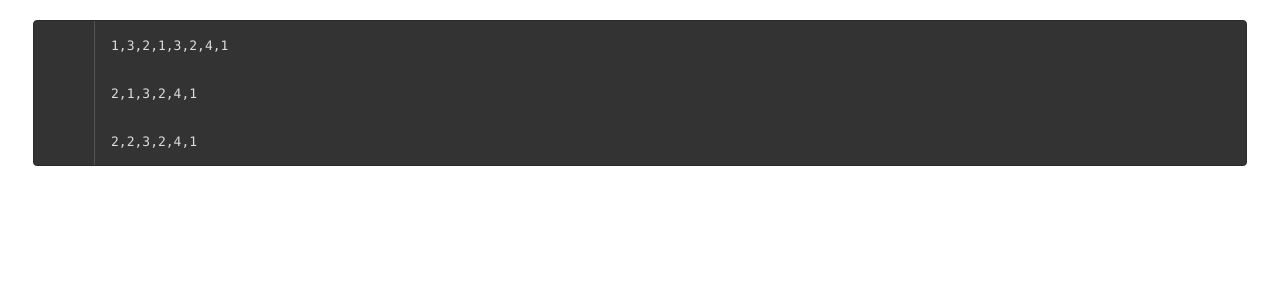
Repository: betaWeb/twicejs
Page: index.html
An editor plug-in stored every save of this project. The page is shown before and after the next save, followed by the edit.
The browser window is 1280 px wide. The pictures show the whole page.

Above is the page before, as saved 2019-12-12 14:21:06.

### index.html
<!DOCTYPE html>
<html lang="en">

<head>
    <meta charset="UTF-8">
    <meta name="viewport" content="width=device-width, initial-scale=1.0">
    <meta http-equiv="X-UA-Compatible" content="ie=edge">
    <title>TwiceJS</title>
    <style>
        pre {
            background: #333;
            white-space: pre;
            word-wrap: break-word;
            overflow: auto;
        }

        pre.code {
            margin: 20px 25px;
            border-radius: 4px;
            border: 1px solid #292929;
            position: relative;
        }

        pre.code label {
            font-family: sans-serif;
            font-weight: bold;
            font-size: 13px;
            color: #ddd;
            position: absolute;
            left: 1px;
            top: 15px;
            text-align: center;
            width: 60px;
            -webkit-user-select: none;
            -moz-user-select: none;
            -ms-user-select: none;
            pointer-events: none;
        }

        pre.code code {
            font-family: "Inconsolata", "Monaco", "Consolas", "Andale Mono", "Bitstream Vera Sans Mono", "Courier New", Courier, monospace;
            display: block;
            margin: 0 0 0 60px;
            padding: 15px 16px 14px;
            border-left: 1px solid #555;
            overflow-x: auto;
            font-size: 13px;
            line-height: 19px;
            color: #ddd;
        }
    </style>
</head>
<div id="app">
    <pre class="code"></pre>
</div>

<body>
    <script type="text/javascript" src="/TwiceJS.js" defer></script>
    <script type="text/javascript" defer>
        document.addEventListener('DOMContentLoaded', () => {
            const $pre = document.querySelector('#app .code')
            const print = str => {
                const $code = document.createElement('code')
                $code.innerHTML = str
                $pre.appendChild($code)
            }
            let set = new window.TwiceJS
            set.append([1, 1, 1, 2, 3, 3, 4])
            print(set.withCount)
            set.remove(1)
            print(set.withCount)
            set.append(2)
            print(set.withCount)
        })
    </script>
</body>

</html>

### TwiceJS.js
/**
 * @property {Object} options
 * @property {Map} dataset
 */
class TwiceJS {

    /**
     * @returns {Array}
     */
    get entries() {
        return Array.from(this.keys.map(this._decodeKey.bind(this)))
    }

    /**
     * @returns {Object[] | Array[]}
     */
    get withCount() {
        return this.keys.reduce((acc, key) => {
            const count = this._dataset.get(key)
            const item = this._decodeKey(key)

            if (item.constructor !== Object)
                return [...acc, [item, count]]

            return [
                ...acc,
                {
                    ...item,
                    ...{ [this.options.count_key]: count }
                }
            ]
        }, [])
    }

    /**
     * @returns {Array}
     */
    get keys() {
        return [...this._dataset.keys()]
    }

    /**
     * @returns {Boolean}
     */
    get isEmpty() {
        return this.keys.length === 0
    }

    /**
     * @returns {Map}
     */
    get rawMap() {
        return this._dataset
    }

    /**
     * @returns {Object}
     */
    static get DEFAULT_OPTIONS() {
        return {
            count_key: '_count'
        }
    }

    /**
     * @param {Object} options
     */
    constructor(options = {}) {
        this.options = { ...TwiceJS.DEFAULT_OPTIONS, ...options }
        this.clear()
    }

    /**
     * @returns {TwiceJS}
     */
    clear() {
        this._dataset = new Map()
        return this
    }

    /**
     * @param {Array|*} data
     * @returns {TwiceJS}
     */
    append(data) {
        return this._process(data, item => {
            const key = this._keyify(item)
            let count = this._dataset.get(key) || 0

            this._dataset.set(key, count += 1)
        })
    }

    /**
     * @param {Array|*} oldKey
     * @param {Array|*} newKey
     * @returns {TwiceJS}
     */
    replace(oldKey, newKey) {
        oldKey = this._keyify(oldKey)
        newKey = this._keyify(newKey)

        if (!this._dataset.has(oldKey))
            throw new Error(`[Err] TwiceJS.set :: key '${oldKey}' doesn't exists on dataset`)

        const oldCount = this._dataset.get(oldKey)

        this
            .remove(oldKey)
            .append(newKey)

        this._dataset.set(newKey, oldCount)

        return this
    }

    /**
     * @param {Array|*} data
     * @returns {TwiceJS}
     */
    remove(data) {
        return this._process(data, item => {
            const key = this._keyify(item)

            if (this._dataset.has(key))
                this._dataset.delete(key)
        })
    }

    /**
     * @param {*} item
     * @returns {Number}
     */
    count(item) {
        const key = this._keyify(item)
        return this._dataset.get(key) || 0
    }

    /**
     * @param {Array} data
     * @param {Function} process
     * @returns {TwiceJS}
     */
    _process(data, process) {
        if (!Array.isArray(data))
            data = [data]

        data = this._normalize(data)
        data.forEach(process.bind(this))
        return this
    }

    /**
     * @param {*} item
     * @returns {String}
     */
    _keyify(item) {
        if (!Array.isArray(item) && item.constructor !== Object)
            return item.toString()

        try {
            return JSON.stringify(item)
        } catch (e) {
            throw new Error(`[Err] TwiceJS._keyify :: error on keyify item ${item}\n${e}`)
        }
    }

    /**
     * @param {String} key
     * @returns {*}
     */
    _decodeKey(key) {
        try {
            return JSON.parse(key)
        } catch (err) {
            return key;
        }
    }

    /**
     * @param {Array|Object|*} data
     * @returns {Array|Object|*}
     */
    _normalize(data) {
        try {
            return JSON.parse(JSON.stringify(data))
        } catch (e) {
            return data
        }
    }

}

if (!('TwiceJS' in window))
    window.TwiceJS = TwiceJS

After the next save:
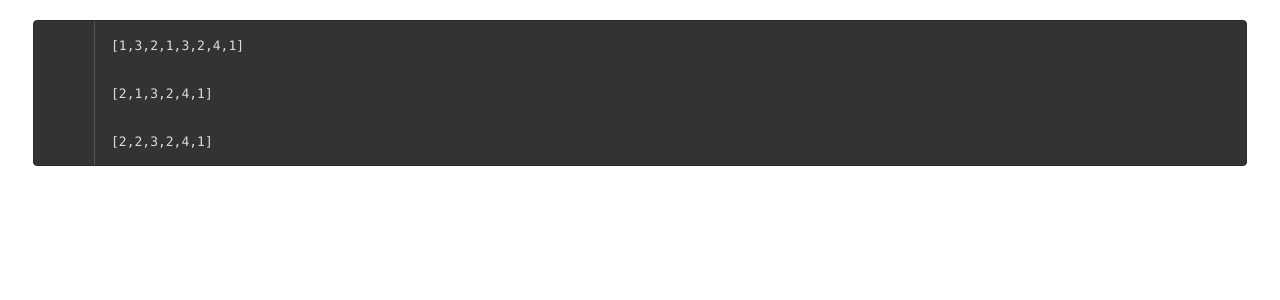
Saved 35 s later.
--- a/index.html
+++ b/index.html
@@ -61,7 +61,7 @@
             const $pre = document.querySelector('#app .code')
             const print = str => {
                 const $code = document.createElement('code')
-                $code.innerHTML = str
+                $code.innerHTML = '[' + str + ']'
                 $pre.appendChild($code)
             }
             let set = new window.TwiceJS
